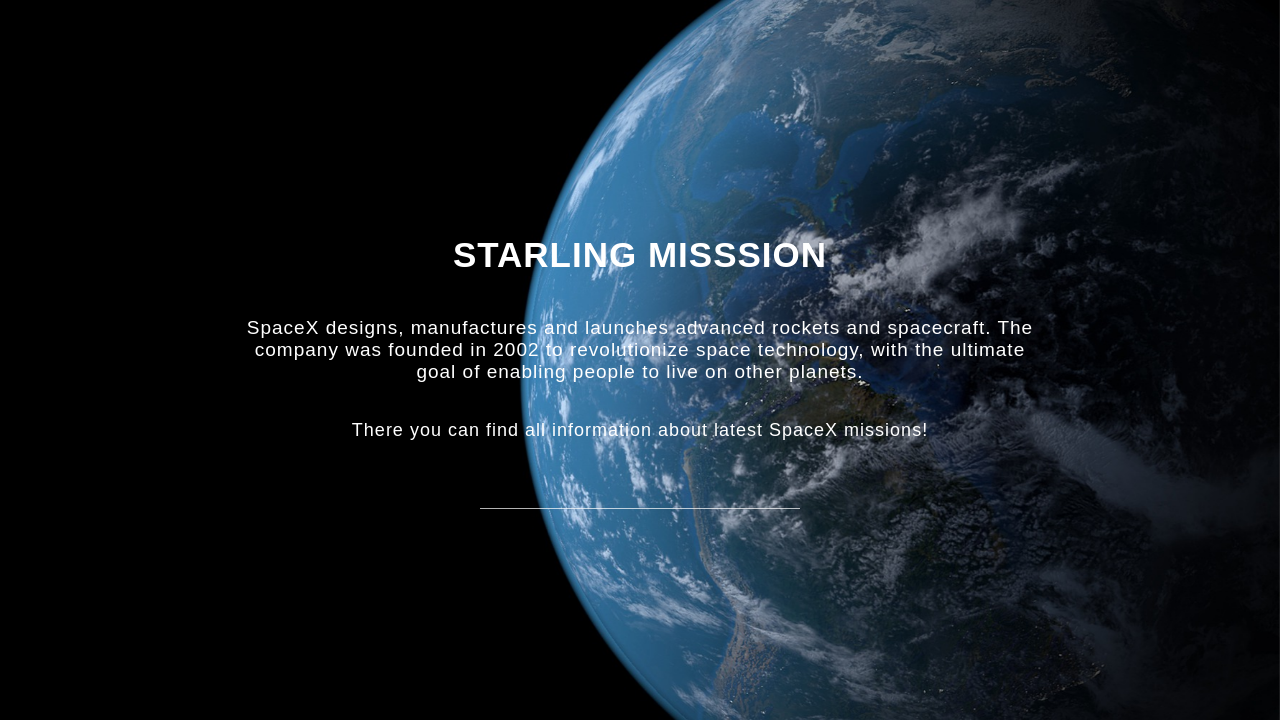
Repository: PJasiczek/vue-shop
Page: /
An editor plug-in stored every save of this project. The page is shown before and after the next save, followed by the edit.
The browser window is 1280 px wide. The pictures show the whole page.
The first visible `input` has the focus.
Some web fonts or font styles are not loaded; a fallback is used. The project was rebuilt for these pictures with package versions that can differ from the ones it lists, and the page was loaded fresh each time.

Above is the page before, as saved 2020-04-06 19:20:53.

### src/App.vue
<template>
  <div class="wrapper">
    <BackgroundImage/>
    <Claim/>
    <SearchInput v-model="searchValue" @input="handleInput"/>
  </div>
</template>

<script>

import debounce from 'lodash/debounce';

import Claim from '@/components/Claim.vue';

import SearchInput from '@/components/SearchInput.vue';

import BackgroundImage from '@/components/BackgroundImage.vue';

const axios = require('axios');

const API = 'https://api.spacexdata.com/v3/launches?rocket_name=';

export default {
  name: 'Search',
  components: {
    Claim, SearchInput, BackgroundImage,
  },
  data() {
    return {
      searchValue: '',
      results: [],
    };
  },
  methods: {
    // eslint-disable-next-line
    handleInput: debounce(function() {
      console.log(this.searchValue);
      axios.get(`${API}${this.searchValue}`)
        .then((response) => {
          this.results = response.data;
          console.log(response.data);
        }).catch((error) => {
          console.log(error);
        });
    }, 500),
  },
};
</script>

<style lang="scss">
  @import url('https://fonts.googleapis.com/css2?family=Baloo+Thambi+2:wght@400;500;600;700;800&display=swap');
  *{
    box-sizing: border-box;
    -webkit-font-smoothing: antialiased;
    -moz-osx-font-smoothing: grayscale;
  }

  body{
    margin: 0;
    padding: 0;
    font-family: 'Baloo Thambi 2', sans-serif;
  }
  .wrapper{
    display: flex;
    width: 100%;
    min-height: 100vh;
    flex-direction: column;
    justify-content: center;
    align-items: center;
    margin: 0;
    padding: 30px;
  }

</style>

### src/components/Claim.vue
<template>
  <div class="claimWrapper">
      <h1 class="claim">STARLING MISSSION</h1>
      <p class="subclaim">SpaceX designs, manufactures and launches advanced rockets and spacecraft. The company was founded in 2002 to revolutionize space technology, with the ultimate goal of enabling people to live on other planets.</p>
      <p class="subclaim">There you can find all information about latest SpaceX missions!</p>
  </div>
</template>

<script>
/* eslint-disable eol-last */
export default {
  name: 'Claim',
};
</script>
<style lang="scss" scoped>
.claimWrapper{
    display: flex;
    flex-direction: column;
    justify-content: center;
    align-items: center;
    color: #ffffff;
    text-align: center;

    .claim{
        font-size: 25px;

        @media (min-width: 768px) {
            font-size: 45px;
        }

        @media (min-width: 1024px) {
            font-size: 35px;
            letter-spacing: 1px;
        }
    }

    .subclaim{

        @media (min-width: 768px) {
            width: 800px;
            letter-spacing: 1px;
        }

        @media (min-width: 1024px) {
            width: 800px;
            letter-spacing: 1px;
        }
    }

    .subclaim:first-of-type{
        font-size: 15px;

        @media (min-width: 768px) {
            font-size: 27px;
            font-weight: 200;
        }

        @media (min-width: 1024px) {
            font-size: 19px;
            letter-spacing: 1px;
        }
    }

    .subclaim:last-of-type{
        font-size: 16px;

        @media (min-width: 768px) {
            font-size: 25px;
            font-weight: 200;
        }

        @media (min-width: 1024px) {
            font-size: 18px;
            letter-spacing: 1px;
        }
    }
}

</style>

### src/components/SearchInput.vue
<template>
      <input id="search" name="search" v-model="value" @input="handleChange"/>
</template>

<script>
/* eslint-disable eol-last */
export default {
  name: 'SearchInput',
  props: {
    value: {
      type: String,
      required: true,
    },
  },
  methods: {
    handleChange(e) {
      this.$emit('input', e.target.value);
    },
  },
};
</script>

<style lang="scss" scoped>
  input{
    display: flex;
    flex-direction: column;
    align-items: center;
    height: 50px;
    border: 0;
    text-align: center;
    color: #ffffff;
    opacity: 0.7;
    font-family: 'Baloo Thambi 2', sans-serif;
    border-bottom: 1px solid #ffffff;
    background: none;
    transition: width 2s;
    font-size: 14px;

    @media (min-width: 768px) {
        font-size: 23px;
        border-bottom: 1.5px solid #ffffff;
    }

    @media (min-width: 1024px) {
        font-size: 18px;
    }
  }

  input:focus{
      outline: none;
      width: 200px;

    @media (min-width: 768px) {
        width: 260px;
    }

    @media (min-width: 1024px) {
        width: 320px;
    }
  }
</style>

### src/components/BackgroundImage.vue
<template>
  <div class="backgroudImage"/>
</template>

<script>
/* eslint-disable eol-last */
export default {
  name: 'BackgroudImage',
};
</script>
<style lang="scss" scoped>
.backgroudImage{
    position: fixed;
    top: 0;
    z-index: -1;
    width: 100%;
    height: 100vh;
    background: url('../assets/4.jpg');
    background-repeat: no-repeat;
    background-size: cover;
    background-position: 55% 70%;
}

</style>

Loaded but not shown: public/index.html (common file); src/main.js (common file)

After the next save:
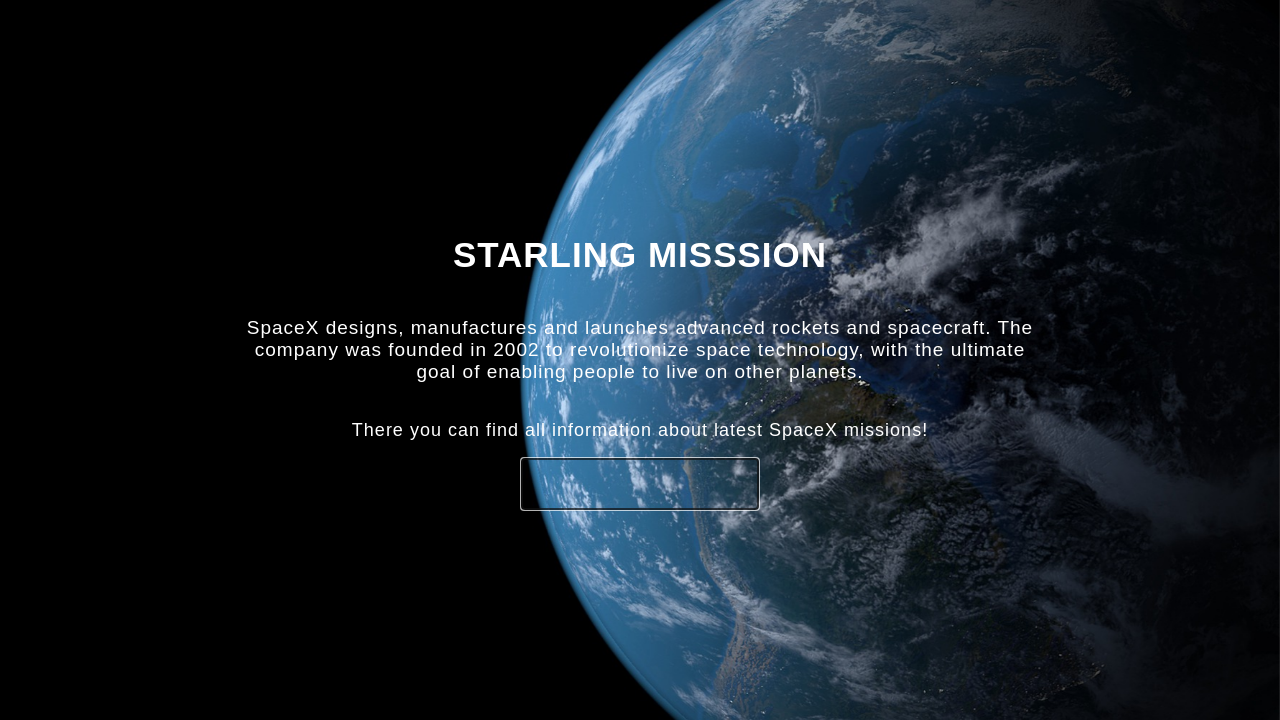
Saved 15 s later.
--- a/src/components/SearchInput.vue
+++ b/src/components/SearchInput.vue
@@ -46,7 +46,7 @@
     }
   }
 
-  input:focus{
+  input:hover{
       outline: none;
       width: 200px;
 
